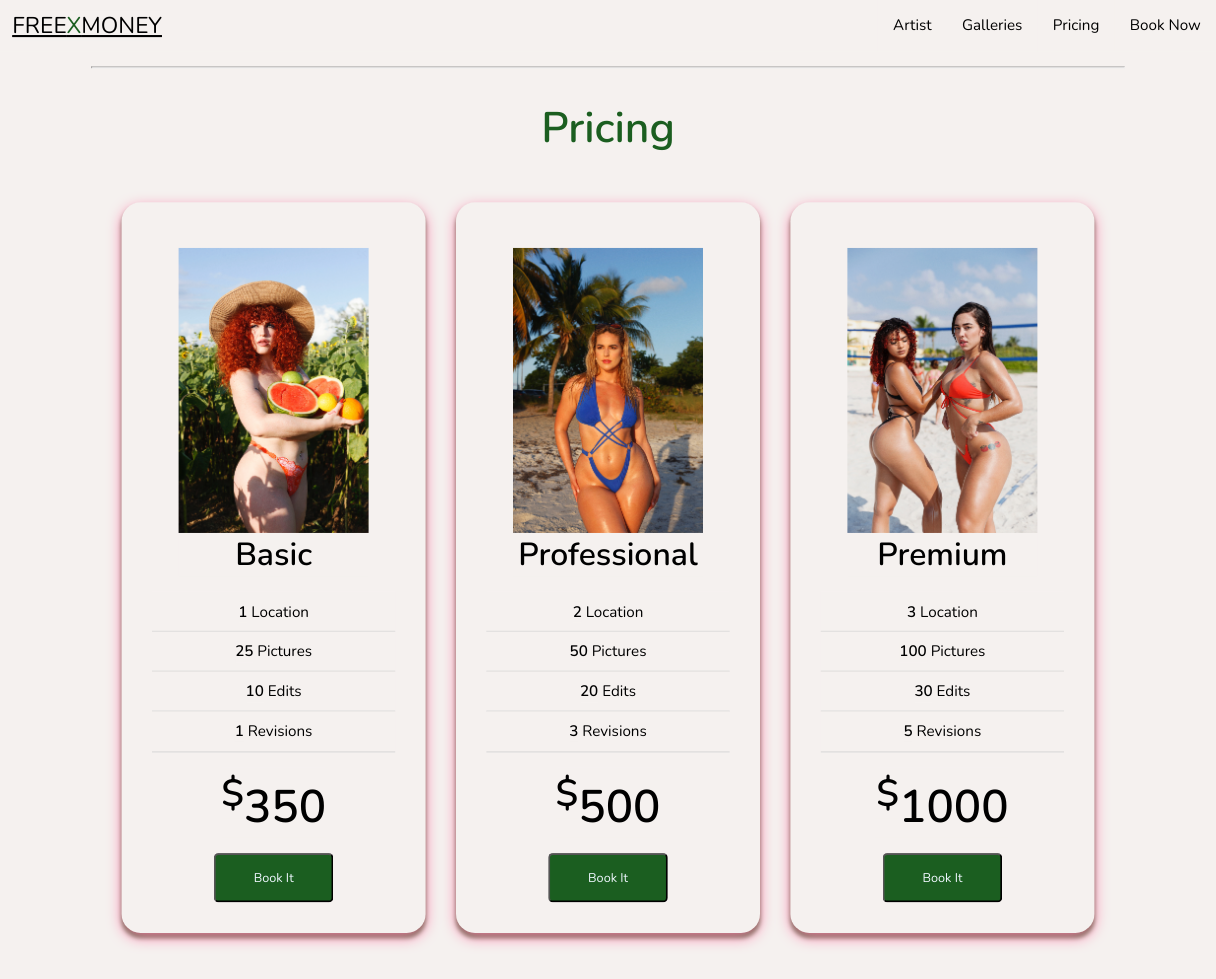
Repository: burntaftermint/freexmoney-draft
Page: price.html
The author's editor kept a copy of each file at every save. The page is drawn from the files as they stood at one save, then again after the next save.
The browser window is 1280 px wide. The pictures show the whole page, at 95% of full size.
Some web fonts or font styles are not loaded; a fallback is used.

Above is the page before, as saved 2024-06-11 02:19:08.

After the next save:
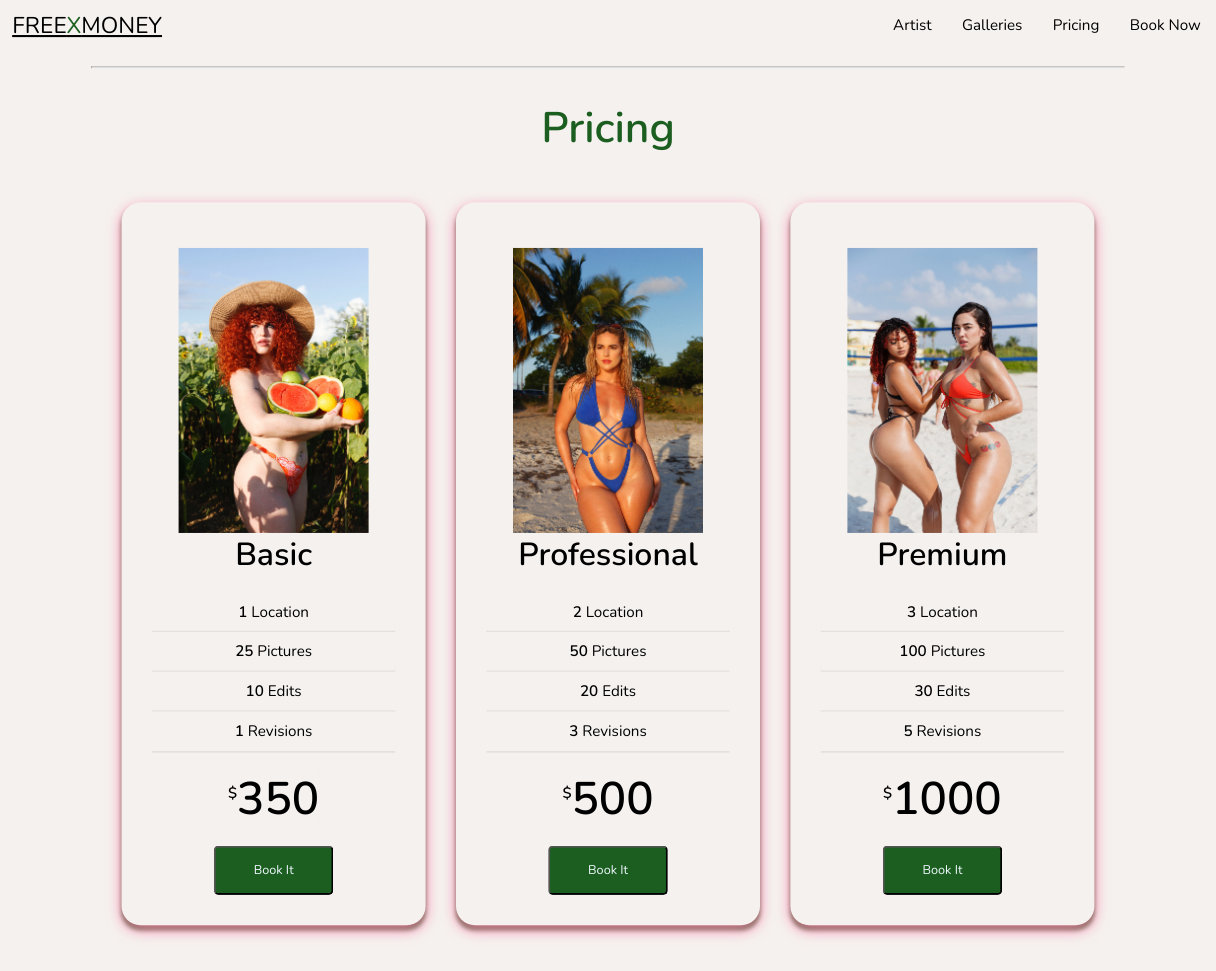
Saved 16 min 56 s later.
--- a/style.css
+++ b/style.css
@@ -389,7 +389,7 @@ border-radius: 10px;
 }
 
 .card-price > p > sup,
-.card-price . p . sub {
+.card-price > p > sub {
     font-size: 1rem;
 }
 
